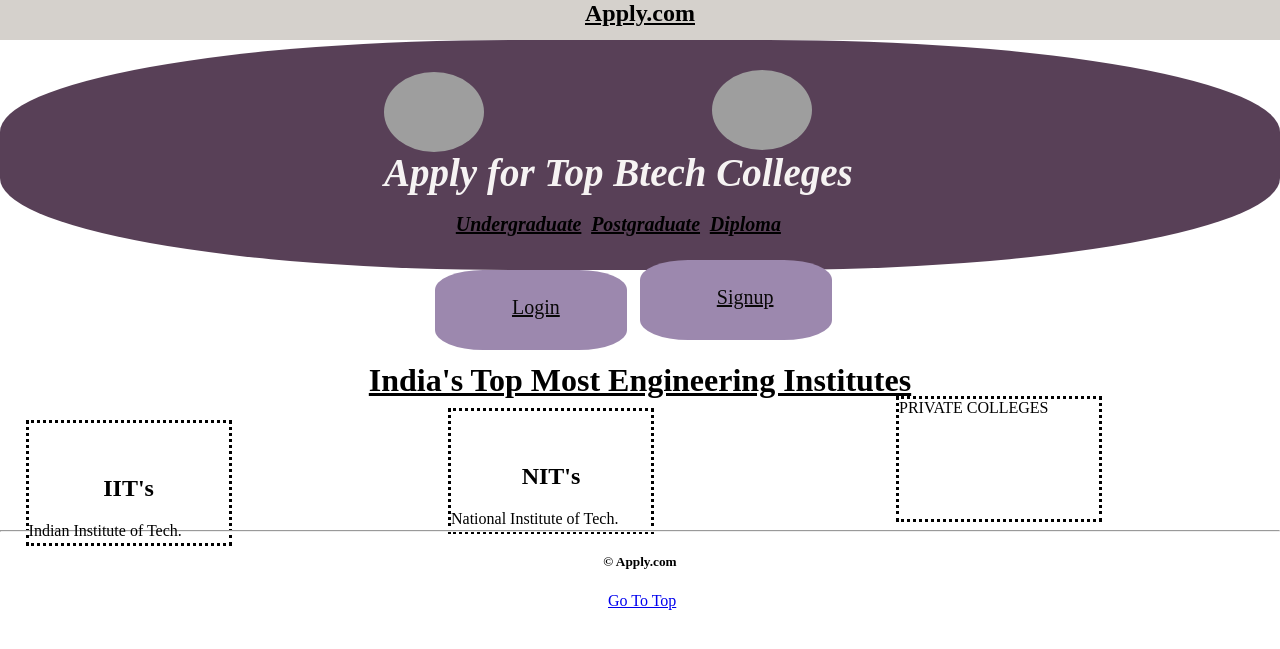
Repository: dashmeenkalra/dashmeen_kalra
Page: css,bootstrap/CSS/btech.html
These files come from the project's save history. The page is drawn as it stood at one moment and after the next save; the edit follows.
The browser window is 1280 px wide. The pictures show the whole page.
Pictures or frames that could not be fetched are drawn as grey boxes.

Above is the page before, as saved 2023-03-28 20:03:18.

After the next save:
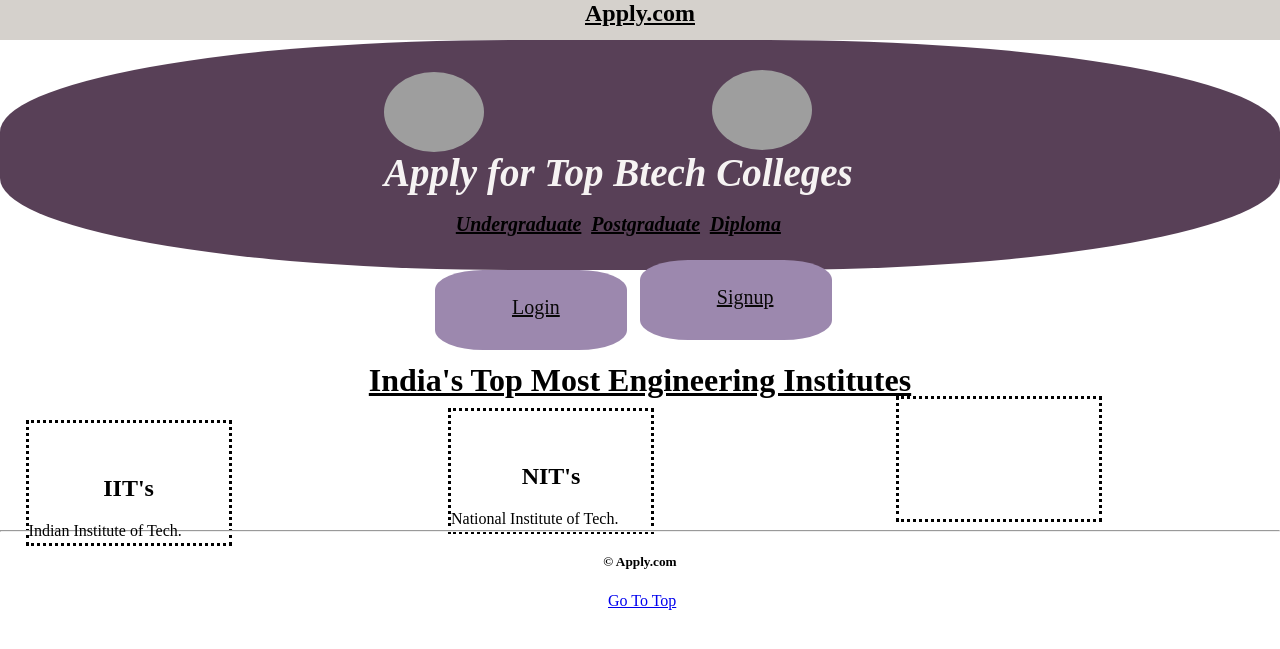
Saved 4 s later.
--- a/css,bootstrap/CSS/btech.html
+++ b/css,bootstrap/CSS/btech.html
@@ -36,7 +36,7 @@
             <h2>NIT's</h2>National Institute of Tech.
         </div>
         <div id="type2">
-            <a href="#"></a>PRIVATE COLLEGES</h2>
+            <a href="#"></a>
         </div>
         <hr/>
         <footer>
